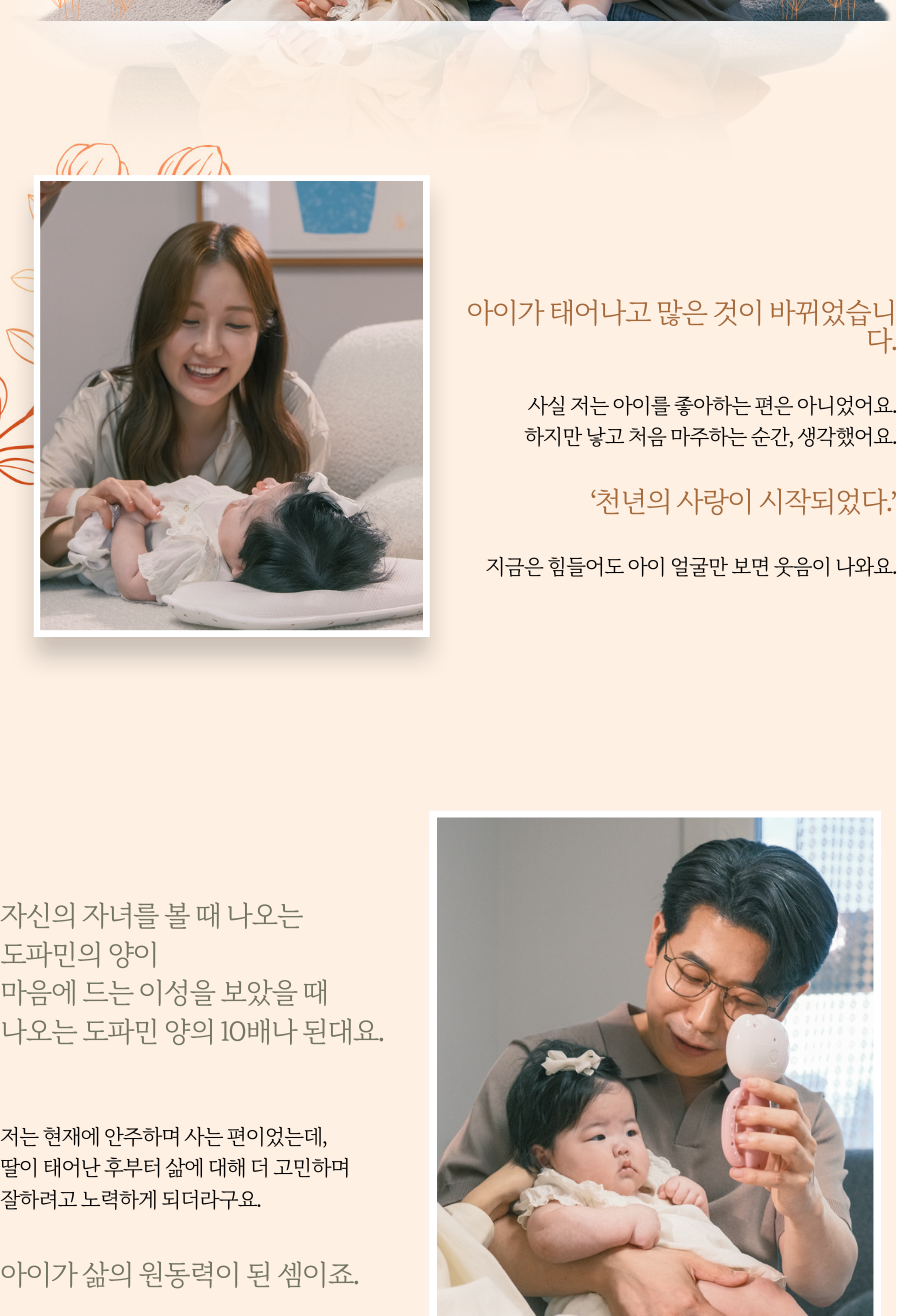
Repository: dlgywls1130/saveTheChildren
Page: index.html
These files come from the project's save history. The page is drawn as it stood at one moment and after the next save; the edit follows.
The browser window is 1280 px wide. The page is 1293 px wide, so the pictures cover 1293 px, including what lies to the right of the window. The pictures show the part of the page from y = 2913 to 4793 px (the page is 10761 px tall before and 10734 px after), at 70% of full size.
Some web fonts or font styles are not loaded; a fallback is used. The style sheet was rebuilt from its Sass, Less or Tailwind sources for each picture, by a compiler version that may differ from the author's.

Above is the page before, as saved 2024-11-01 22:48:51.

After the next save:
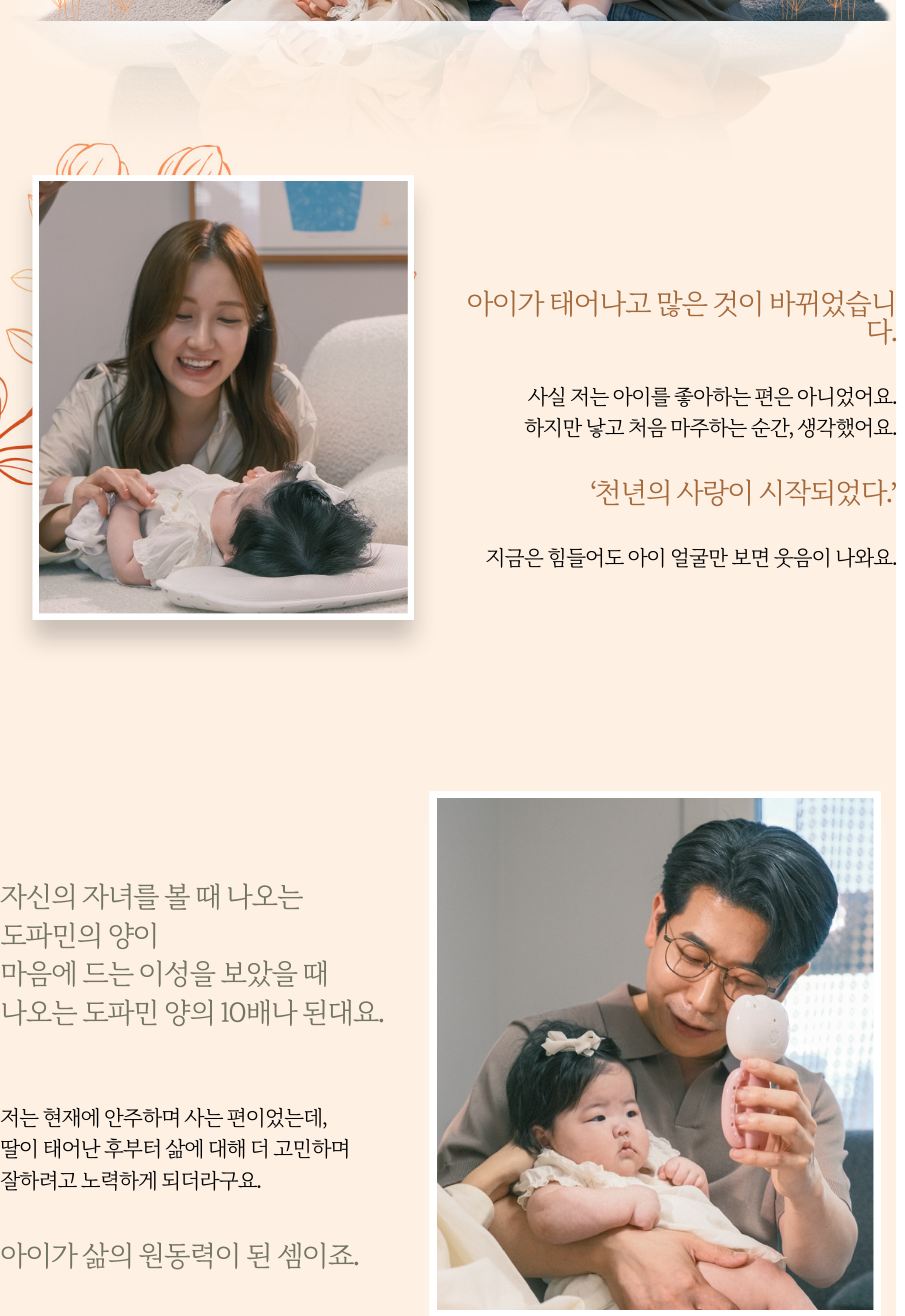
Saved 48 s later.
--- a/css/common.scss
+++ b/css/common.scss
@@ -461,7 +461,7 @@ $sides: (
                 justify-content: space-between;
 
                 .story_image{
-                    width: 700px;
+                    width: 650px;
                     height: auto;
                     img{
                         width: 100%;
